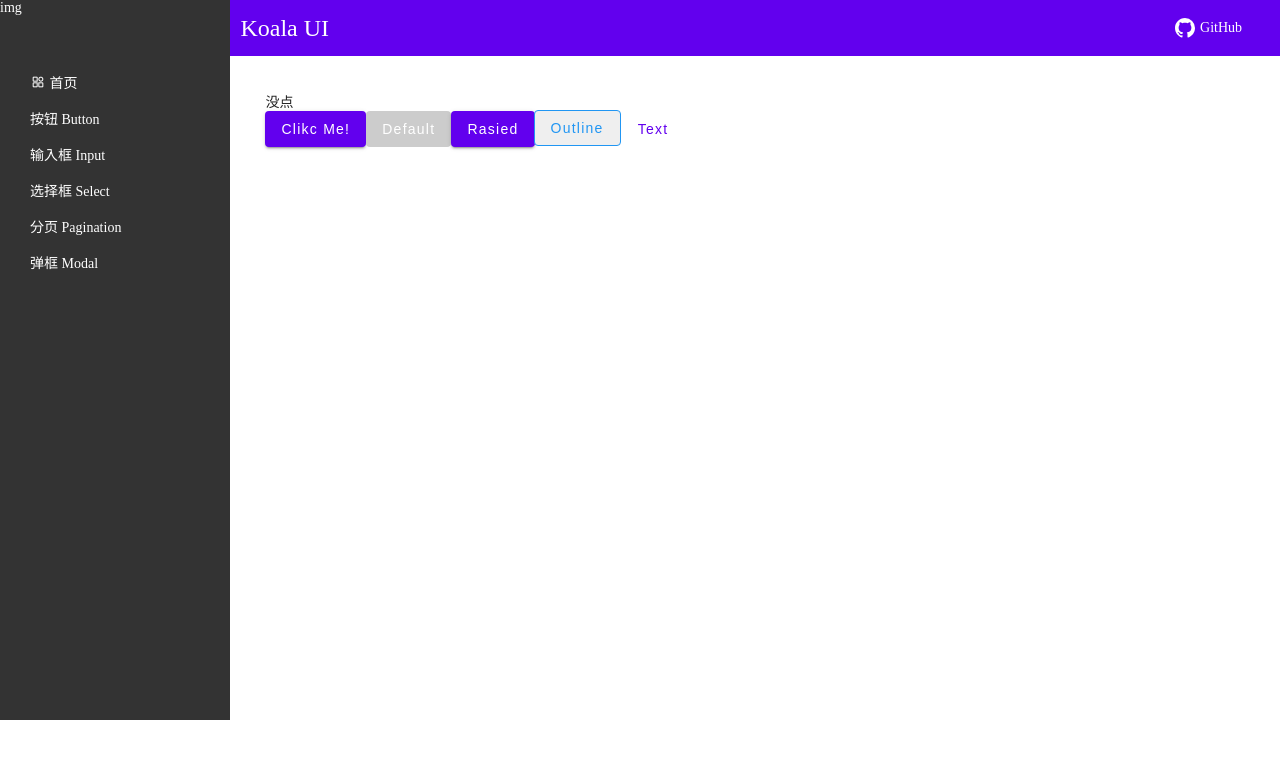
Repository: wyhsunflower/koalaUI
Page: /
An editor plug-in stored every save of this project. The page is shown before and after the next save, followed by the edit.
The browser window is 1280 px wide. The pictures show the whole page.
The project was rebuilt for these pictures with package versions that can differ from the ones it lists, and the page was loaded fresh each time. Also part of the build but not shown: webpack.config.js, src/components/Modal/Modal.vue. Imported but missing from the stored project, and not drawn on this page: src/views/go/go2.vue.

Above is the page before, as saved 2020-03-15 22:03:23.

After the next save:
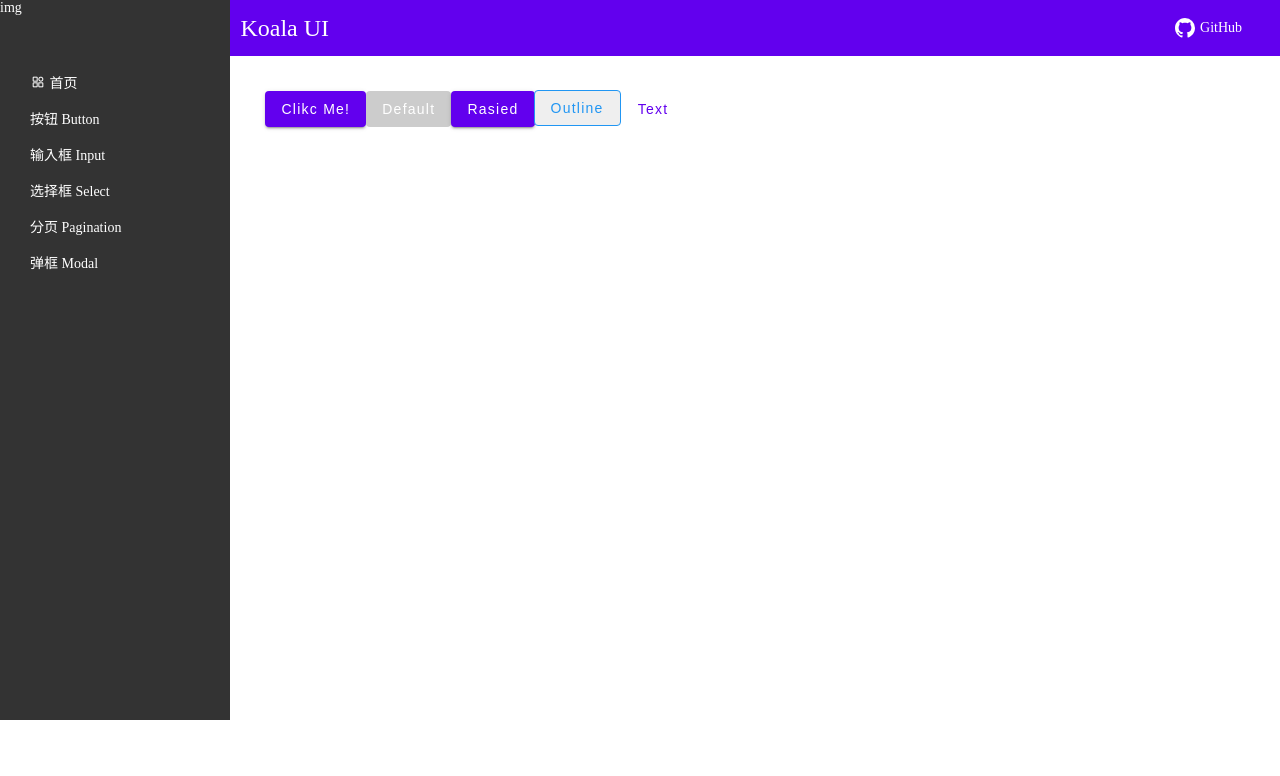
Saved 2 min 6 s later.
--- a/src/views/home.vue
+++ b/src/views/home.vue
@@ -1,6 +1,6 @@
 <template>
     <div class="main-container">
-        <div>{{message}}</div>
+
         <Button @click="showModal" type="rasied" color="custom">Clikc Me!</Button>
         <Modal v-if="modal" :self="this" :confirmCallback="confirmWay" :cancelCallback="cancelWay">
             <div>Modal组件</div>

After the save that followed:
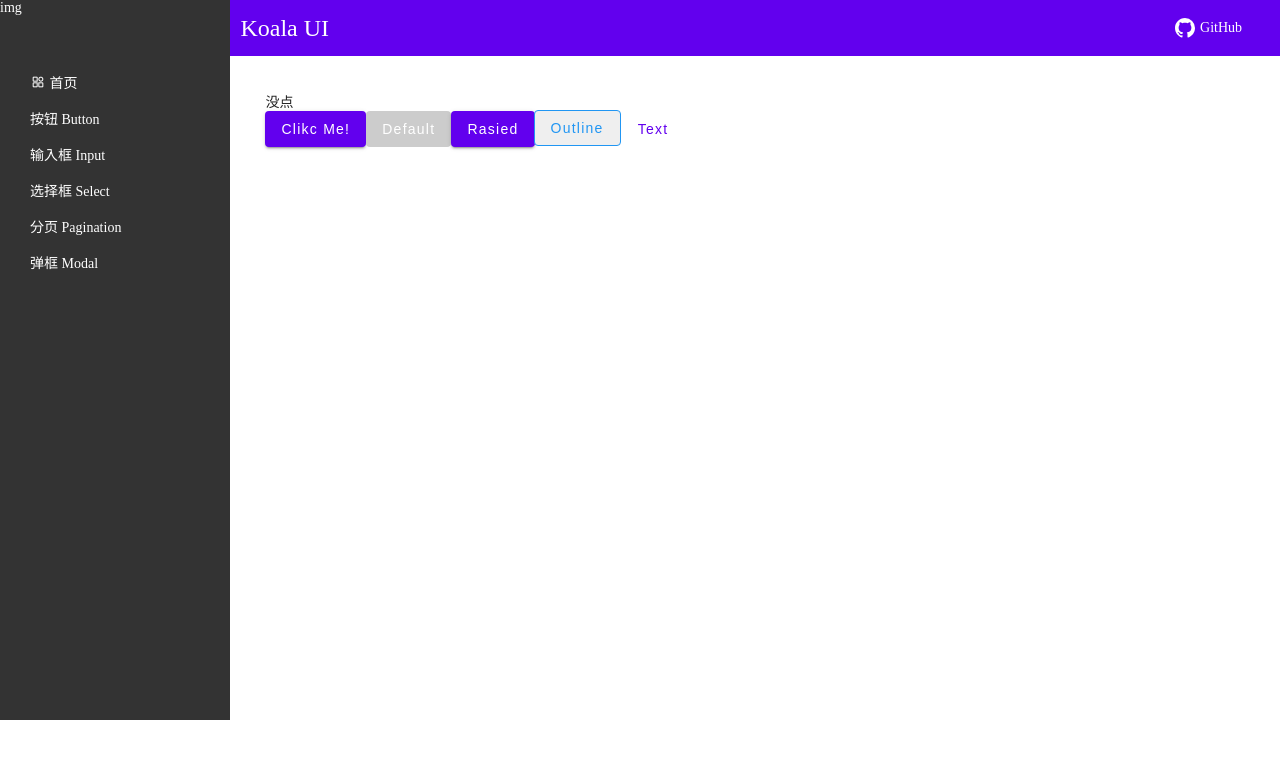
Saved 33 s later.
--- a/src/views/home.vue
+++ b/src/views/home.vue
@@ -1,6 +1,6 @@
 <template>
     <div class="main-container">
-
+        <div>{{message}}</div>
         <Button @click="showModal" type="rasied" color="custom">Clikc Me!</Button>
         <Modal v-if="modal" :self="this" :confirmCallback="confirmWay" :cancelCallback="cancelWay">
             <div>Modal组件</div>
